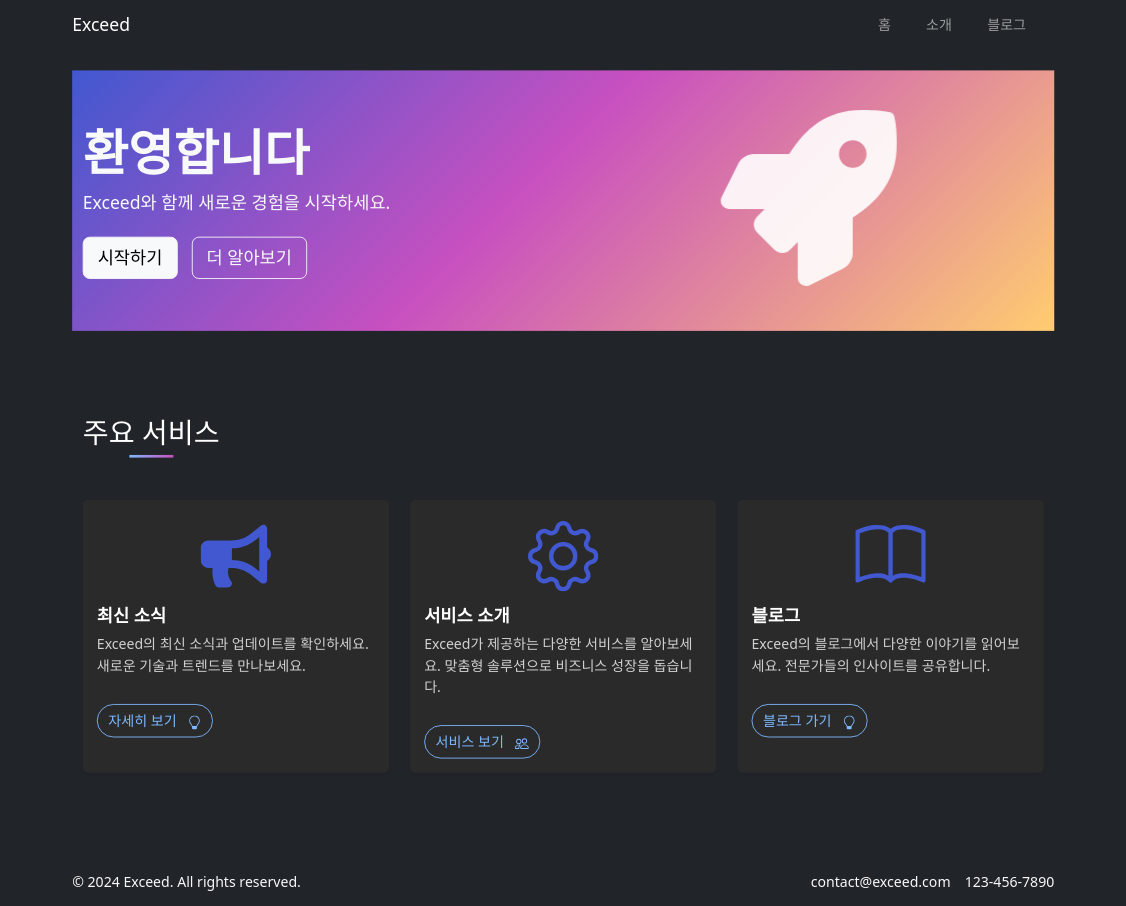
Repository: somej-123/exceed
Page: /
These files come from the project's save history. The page is drawn as it stood at one moment and after a run of saves; the edit follows.
The browser window is 1280 px wide. The pictures show the whole page, at 88% of full size.
The project was rebuilt for these pictures with package versions that can differ from the ones it lists, and the page was loaded fresh each time. Also part of the build but not shown: vite.config.ts, src/pages/Info.tsx, src/pages/Blog.tsx.

Above is the page before, as saved 2025-03-23 19:55:16.

After the next 2 saves:
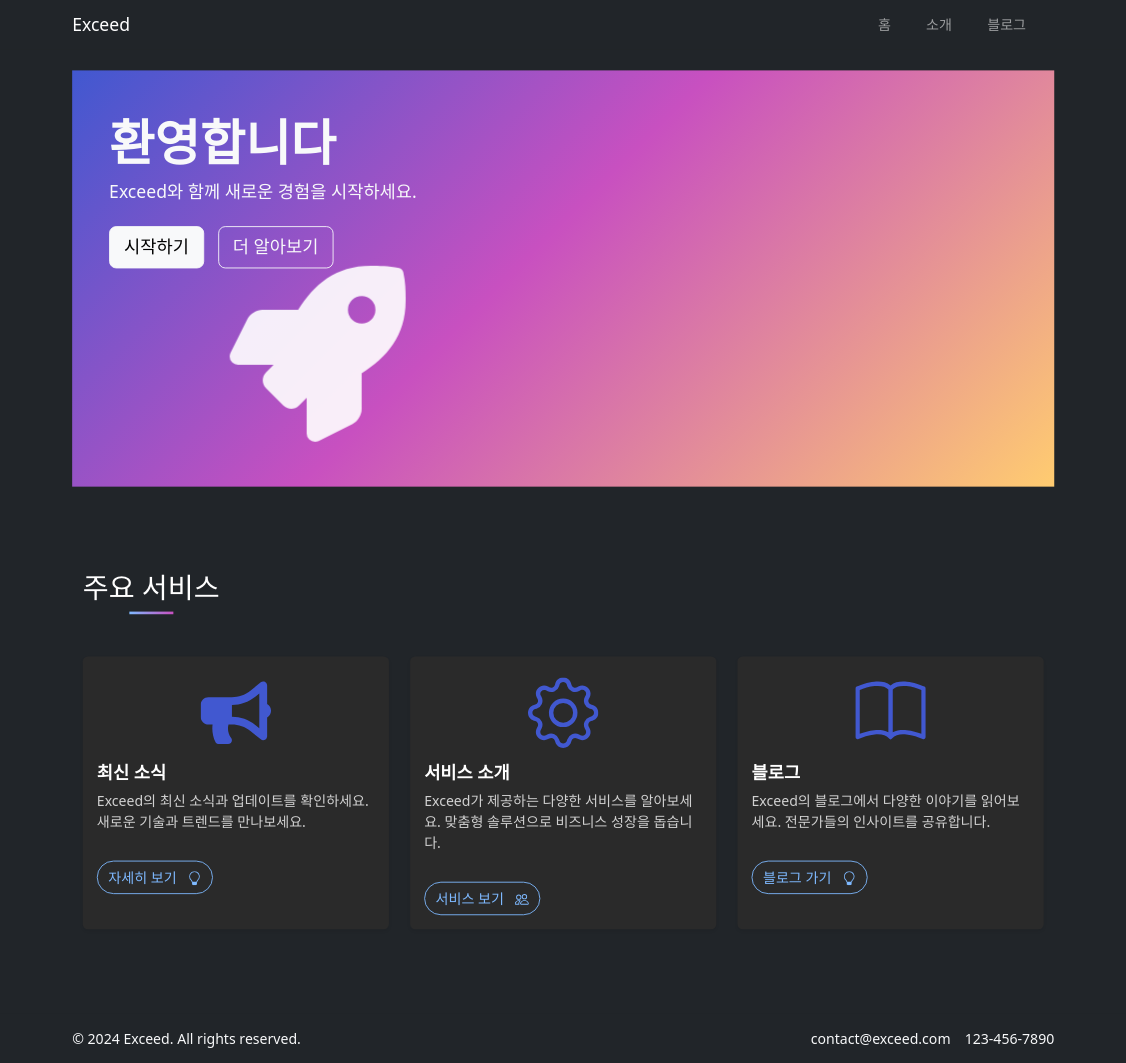
The 2 saves are shown as one change because they came seconds apart.
The last was saved 15 s later.
--- a/src/pages/Home.tsx
+++ b/src/pages/Home.tsx
@@ -10,7 +10,7 @@
       <div className="hero-section text-light py-5 mb-5">
         <Container>
           <Row className="align-items-center">
-            <Col md={6} className="mb-4 mb-md-0">
+            <Col md={6} className="mb-4 mb-md-0" style={{marginLeft:'30px'}}>
               <h1 className="display-4 fw-bold">환영합니다</h1>
               <p className="lead mb-4">Exceed와 함께 새로운 경험을 시작하세요.</p>
               <Button variant="light" size="lg" className="me-3">시작하기</Button>

After the 3 saves that followed:
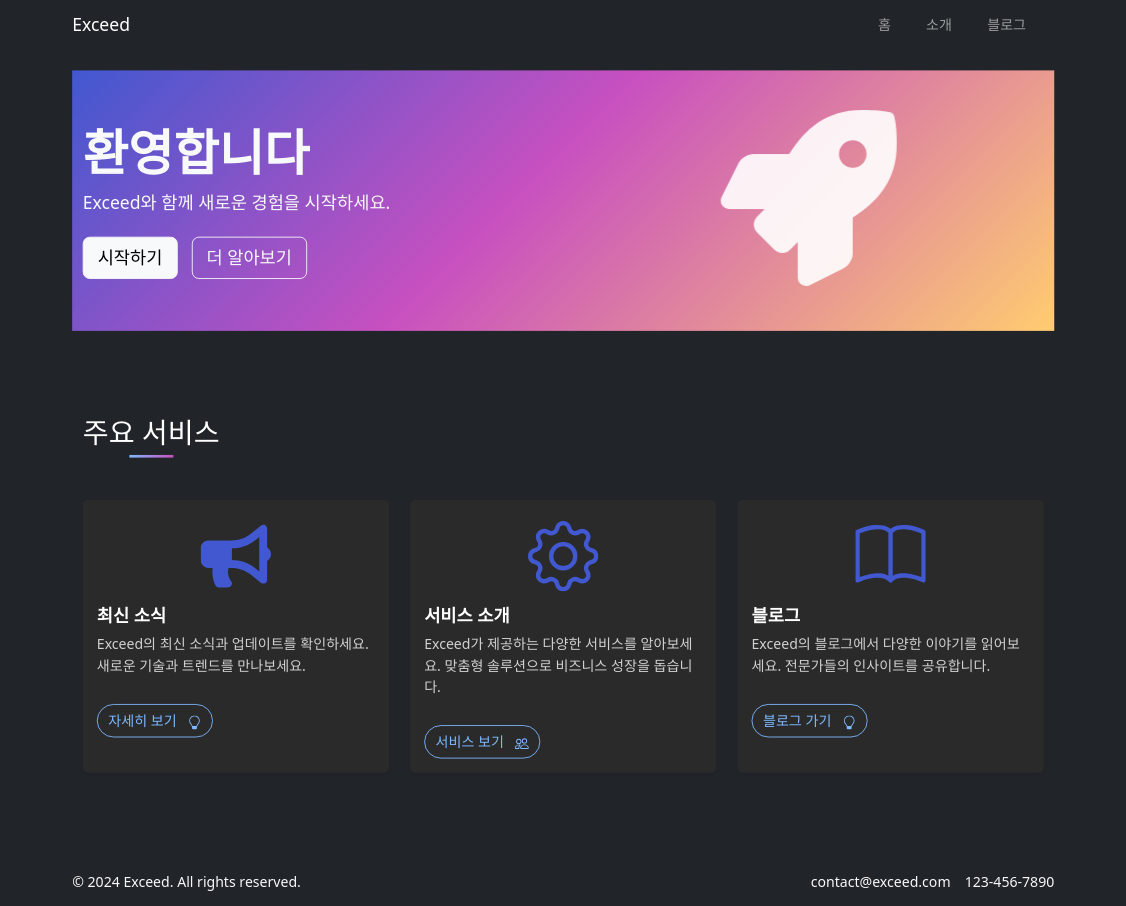
The 3 saves are shown as one change because they came seconds apart.
The last was saved 2 min 29 s later.
--- a/src/pages/Home.tsx
+++ b/src/pages/Home.tsx
@@ -10,7 +10,7 @@
       <div className="hero-section text-light py-5 mb-5">
         <Container>
           <Row className="align-items-center">
-            <Col md={6} className="mb-4 mb-md-0" style={{marginLeft:'30px'}}>
+            <Col md={6} className="mb-4 ml-5 mb-md-0">
               <h1 className="display-4 fw-bold">환영합니다</h1>
               <p className="lead mb-4">Exceed와 함께 새로운 경험을 시작하세요.</p>
               <Button variant="light" size="lg" className="me-3">시작하기</Button>
